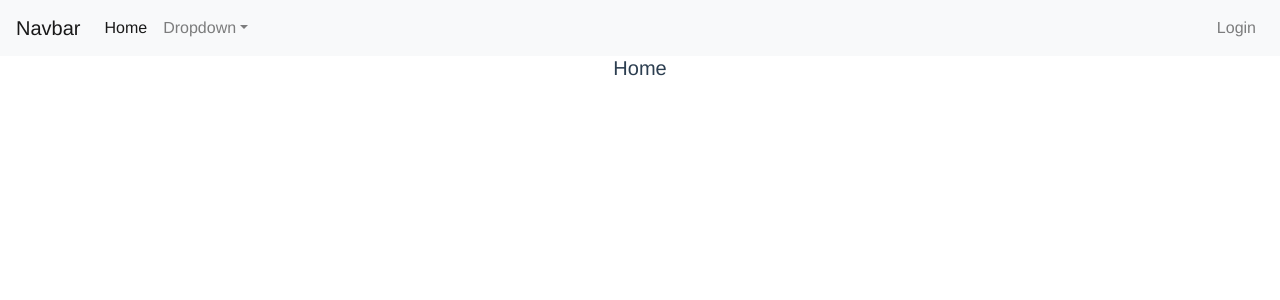
Repository: randrin/Firebase-Auth-Vue
Page: /
An editor plug-in stored every save of this project. The page is shown before and after the next save, followed by the edit.
The browser window is 1280 px wide. The pictures show the whole page.
The project was rebuilt for these pictures with package versions that can differ from the ones it lists, and the page was loaded fresh each time. Also part of the build but not shown: src/components/Profile.vue. Imported but missing from the stored project, and not drawn on this page: src/components/Login.

Above is the page before, as saved 2020-08-07 10:24:31.

### index.html
<!DOCTYPE html>
<html>
  <head>
    <meta charset="utf-8">
    <meta name="viewport" content="width=device-width,initial-scale=1.0">
    <title>firebase-vue-project</title>
  </head>
  <body>
    <div id="app"></div>
    <!-- built files will be auto injected -->
  </body>
</html>

### src/main.js
// The Vue build version to load with the `import` command
// (runtime-only or standalone) has been set in webpack.base.conf with an alias.
import Vue from 'vue'
import App from './App'
import router from './router'
import "bootstrap/dist/css/bootstrap.min.css";
import "bootstrap/dist/js/bootstrap.min.js";

Vue.config.productionTip = false

/* eslint-disable no-new */
new Vue({
  el: '#app',
  router,
  components: { App },
  template: '<App/>'
})

### src/router/index.js
import Vue from "vue";
import Router from "vue-router";
import Login from "@/components/Login";
import Home from "@/components/Home";
import Profile from "@/components/Profile";

Vue.use(Router);

export default new Router({
  mode: "history",

  routes: [
    {
      path: "/profile",
      name: "Profile",
      component: Profile
    },
    {
      path: "/login",
      name: "Login",
      component: Login
    },
    {
      path: "/",
      name: "Home",
      component: Home
    }
  ]
});

### src/components/Home.vue
<template>
    <section>
        <navigation></navigation>
        <h5 class="center-align">Home</h5>
    </section>
</template>

<script>
import navigation from "@/components/NavBar.vue";
export default {
    data() {
        return {};
    },
    components: {
        navigation
    }
};
</script>

<style>
</style>

### src/components/NavBar.vue
<template>
  <nav class="navbar navbar-expand-lg navbar-light bg-light">
    <a class="navbar-brand" href="#">Navbar</a>
    <button
      class="navbar-toggler"
      type="button"
      data-toggle="collapse"
      data-target="#navbarSupportedContent"
      aria-controls="navbarSupportedContent"
      aria-expanded="false"
      aria-label="Toggle navigation"
    >
      <span class="navbar-toggler-icon"></span>
    </button>

    <div class="collapse navbar-collapse" id="navbarSupportedContent">
      <ul class="navbar-nav mr-auto">
        <li class="nav-item active">
          <router-link class="nav-link" :to="{ name: 'Home' }">
            Home
            <span class="sr-only">(current)</span>
          </router-link>
        </li>
        <li class="nav-item dropdown">
          <a
            class="nav-link dropdown-toggle"
            href="#"
            id="navbarDropdown"
            role="button"
            data-toggle="dropdown"
            aria-haspopup="true"
            aria-expanded="false"
            >Dropdown</a
          >
          <div class="dropdown-menu" aria-labelledby="navbarDropdown">
            <a class="dropdown-item" href="#">Action</a>
            <a class="dropdown-item" href="#">Another action</a>
            <div class="dropdown-divider"></div>
            <a class="dropdown-item" href="#">Something else here</a>
          </div>
        </li>
      </ul>
      <ul class="nav navbar-nav navbar-right">
          <li class="nav-item">
          <router-link :to="{ name: 'Login' }" class="nav-link"
            >Login</router-link
          >
        </li>
      </ul>
    </div>
  </nav>
</template>

<script>
export default {};
</script>

Loaded but not shown: src/App.vue (common file)

After the next save:
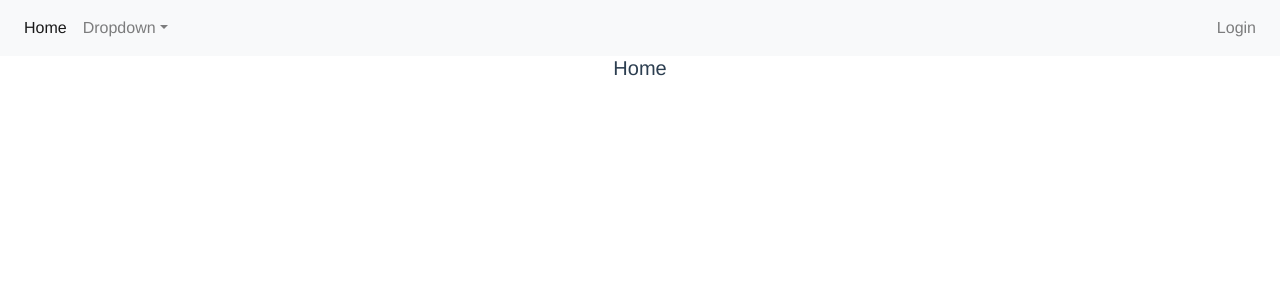
Saved 2 min 14 s later.
--- a/src/components/NavBar.vue
+++ b/src/components/NavBar.vue
@@ -1,6 +1,6 @@
 <template>
   <nav class="navbar navbar-expand-lg navbar-light bg-light">
-    <a class="navbar-brand" href="#">Navbar</a>
+    <router-link class="navbar-brand" href="#">Navbar</router-link>
     <button
       class="navbar-toggler"
       type="button"

After the 2 saves that followed:
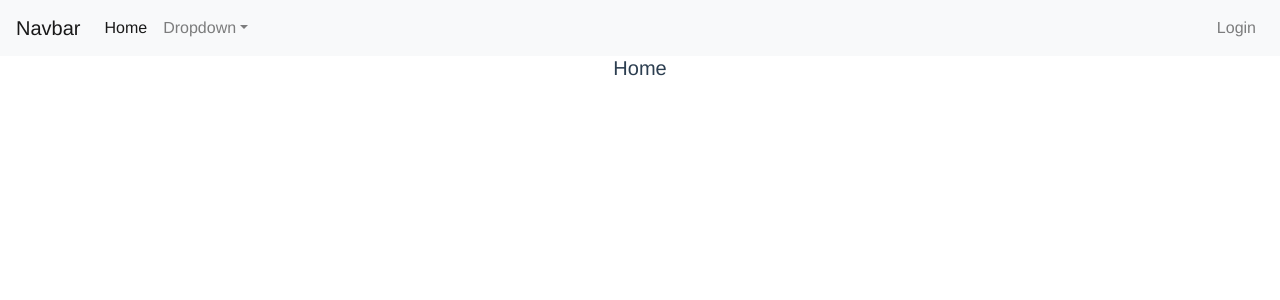
The 2 saves are shown as one change because they came seconds apart.
The last was saved 18 s later.
--- a/src/components/NavBar.vue
+++ b/src/components/NavBar.vue
@@ -1,6 +1,8 @@
 <template>
   <nav class="navbar navbar-expand-lg navbar-light bg-light">
-    <router-link class="navbar-brand" href="#">Navbar</router-link>
+    <router-link class="navbar-brand" :to="{ name: 'Home' }"
+      >Navbar</router-link
+    >
     <button
       class="navbar-toggler"
       type="button"
@@ -41,7 +43,7 @@
         </li>
       </ul>
       <ul class="nav navbar-nav navbar-right">
-          <li class="nav-item">
+        <li class="nav-item">
           <router-link :to="{ name: 'Login' }" class="nav-link"
             >Login</router-link
           >
